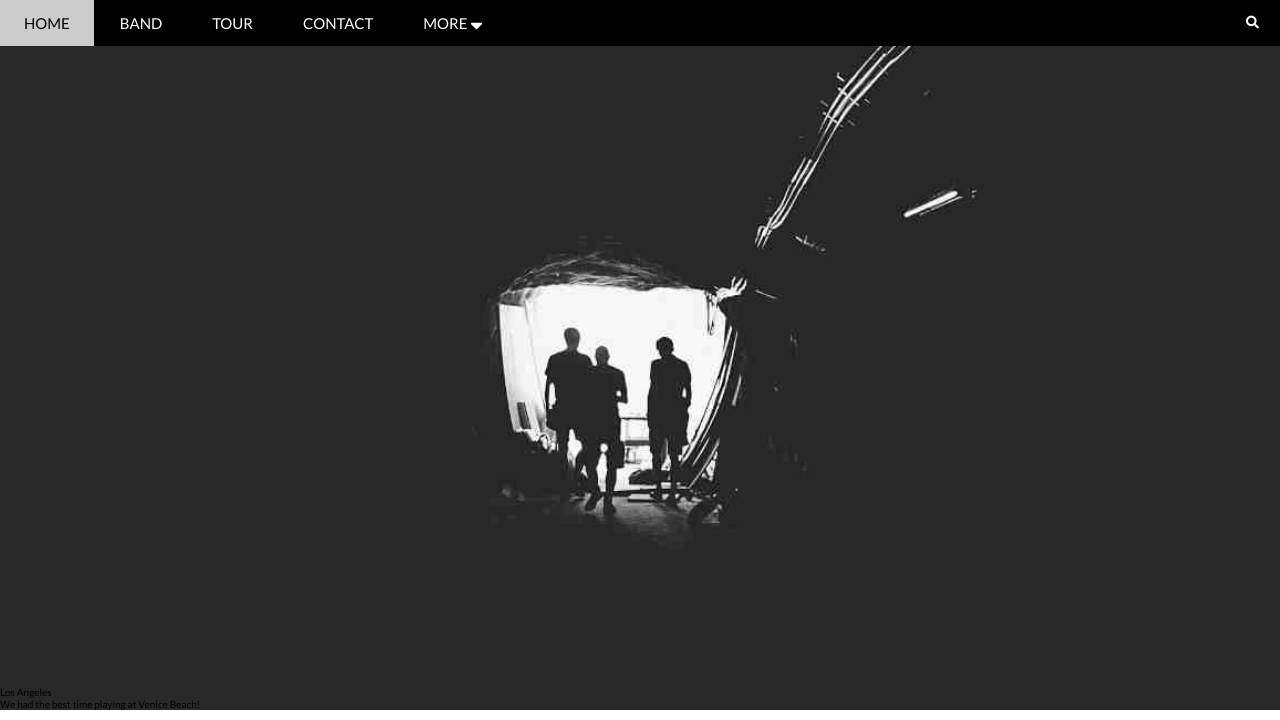
Repository: nguyenthaicong265/w3-band
Page: index.html
These files come from the project's save history. The page is drawn as it stood at one moment and after the next save; the edit follows.
The browser window is 1280 px wide. The pictures show the whole page.

Above is the page before, as saved 2021-12-28 16:05:47.

After the next save:
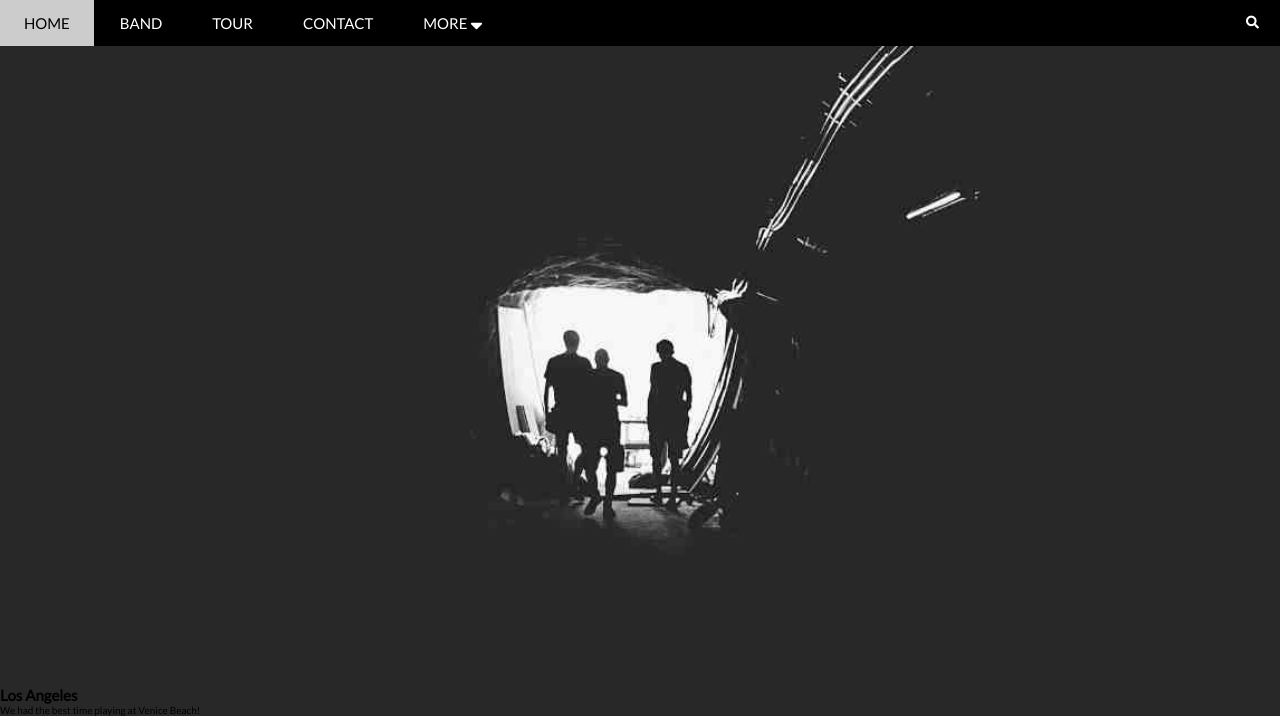
Saved 30 s later.
--- a/index.html
+++ b/index.html
@@ -37,8 +37,8 @@
 
         <div id="slider">
             <div class="text-content">
-                <div class="text-head">Los Angeles
-                </div>
+                <h2 class="text-head">Los Angeles
+                </h2>
                 <div class="text-description">We had the best time playing at Venice Beach!
                 </div>
             </div>
